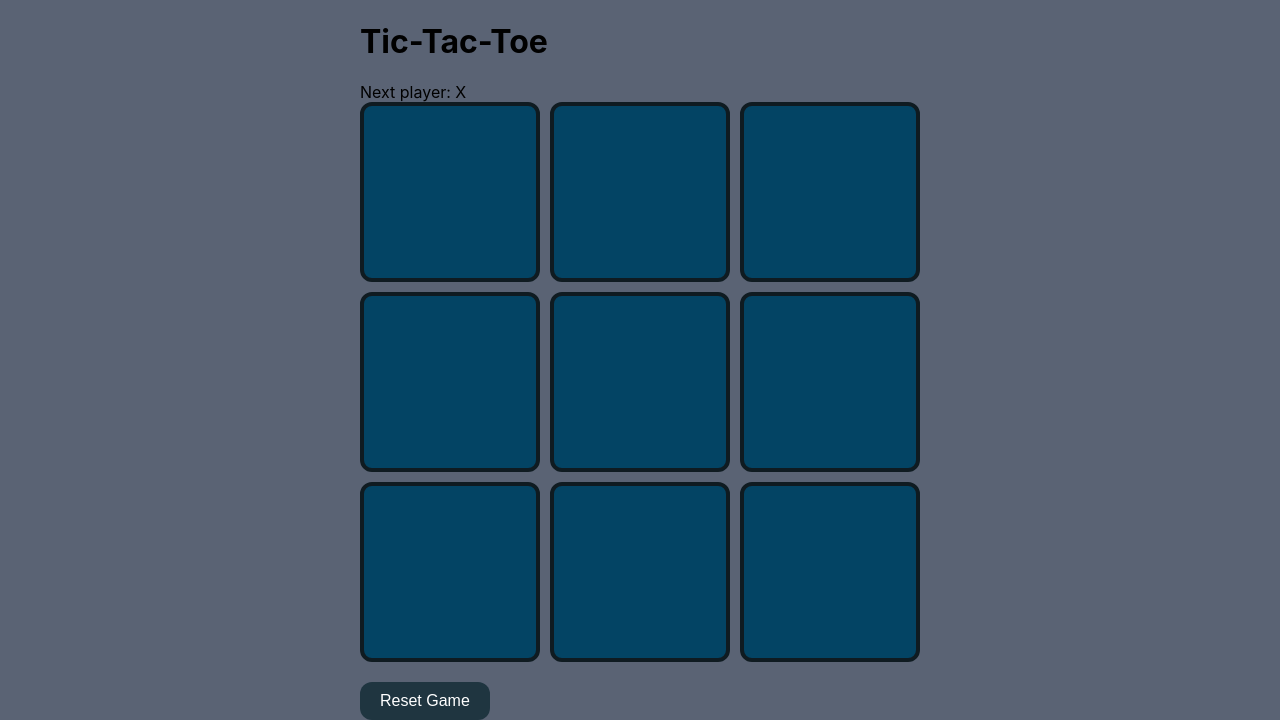
Repository: Monterro324/Tic-Tac
Page: / (app in tic-tac/)
These files come from the project's save history. The page is drawn as it stood at one moment and after a run of saves; the edit follows.
The browser window is 1280 px wide. The pictures show the whole page.
The project was rebuilt for these pictures with package versions that can differ from the ones it lists, and the page was loaded fresh each time.

Above is the page before, as saved 2024-05-04 22:11:10.

### tic-tac/src/App.js
import { useState } from 'react';
import './App.css';
import Square from './Components/Square'; //Importing Square.js from Components


//Did not modify
export default function Board() {
  const [xIsNext, setXIsNext] = useState(true);
  const [squares, setSquares] = useState(Array(9).fill(null));

  function handleClick(i) {
    if (calculateWinner(squares) || squares[i]) {
      return;
    }
    const nextSquares = squares.slice();
    if (xIsNext) {
      nextSquares[i] = 'X';
    } else {
      nextSquares[i] = 'O';
    }
    setSquares(nextSquares);
    setXIsNext(!xIsNext);
  }

  //Basic reset button after winner is declare
  function resetGame() {
    setSquares(Array(9).fill(null)); // Resets all squares
    setXIsNext(true); // Resets the turn to the first player
  }

  const winner = calculateWinner(squares);
  let status;
  if (winner) {
    status = 'Winner: ' + winner;
  } else {
    status = 'Next player: ' + (xIsNext ? 'X' : 'O');
  }

  return (
    <>
       <h1 className="game-title">Tic-Tac-Toe</h1> {/* Title for the game */}
      <div className="status">{status}</div>

      <div className="board">
        {squares.map((square, index) => (
          <Square key={index} value={square} onSquareClick={() => handleClick(index)} />
        ))}
      </div>
      <button className='reset-button' onClick={resetGame}>Reset Game</button>
    </>
  );
}

function calculateWinner(squares) {
  const lines = [
    [0, 1, 2],
    [3, 4, 5],
    [6, 7, 8],
    [0, 3, 6],
    [1, 4, 7],
    [2, 5, 8],
    [0, 4, 8],
    [2, 4, 6],
  ];
  for (let i = 0; i < lines.length; i++) {
    const [a, b, c] = lines[i];
    if (squares[a] && squares[a] === squares[b] && squares[a] === squares[c]) {
      return squares[a];
    }
  }
  return null;
}

### tic-tac/src/App.css
body, html {
  height: 100%;
  margin: 0;
  display: flex;
  flex-direction: column;
  justify-content: center;
  align-items: center;
  background-color: rgb(90, 99, 116);
}

.board {
  display: grid;
  grid-template-columns: repeat(3, 180px);
  grid-gap: 10px;
  justify-content: center;
}

.square {
  display: flex;
  align-items: center;
  justify-content: center;
  height: 180px;
  width: 180px;
  background: #034464;
  border: 4px solid #0f1b21;
  border-radius: 12px;
  cursor: pointer;
}

.reset-button {
  padding: 15px 30px;
  font-size: 18px;
  color: white;
  margin-top: 20px;
  padding: 10px 20px;
  font-size: 16px;
  color: white;
  background-color: #1f3540;
  border: none;
  border-radius: 12px;
  cursor: pointer;
  outline: none;
}

.game

### tic-tac/src/Components/Square.js
import React from 'react';
import xImage from '../Components/Assets/mark-x.png';  // Update path to where your images are stored
import oImage from '../Components/Assets/mark-o.png';  // Update path to where your images are stored
//Put the iamges in Componets under "Assets" to use for the OnClick when the player selects the square the choose to pick

function Square({ value, onSquareClick }) {
  const getImageUrl = (value) => {

    if (value === 'X') return xImage;   //Player X
    if (value === 'O') return oImage;   //Player O
    return null;
  };

  return (
    <button className="square" onClick={onSquareClick}>
      {value && <img src={getImageUrl(value)} alt={value} style={{ maxWidth: '100%', maxHeight: '100%' }} />}
    </button>
  );
}

export default Square

Loaded but not shown: tic-tac/public/index.html (common file); tic-tac/src/index.js (common file); tic-tac/src/index.css (common file); tic-tac/src/reportWebVitals.js (common file)

After the next 2 saves:
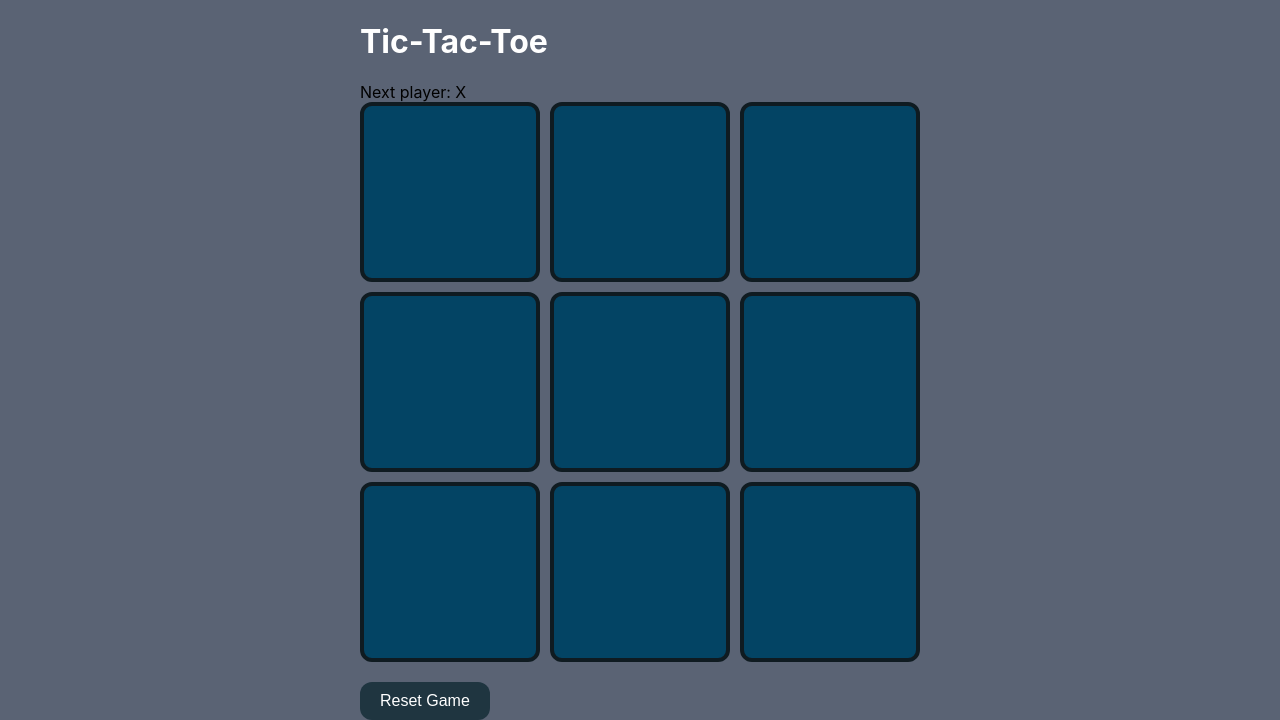
The 2 saves are shown as one change because they came seconds apart.
The last was saved 10 s later.
--- a/tic-tac/src/App.css
+++ b/tic-tac/src/App.css
@@ -42,4 +42,9 @@ body, html {
   outline: none;
 }
 
-.game
+.game-title {
+  color: #ffffff;
+  font-size: 32px; // Large size for visibility
+  margin: 20px 0; // Adds space around the title
+  text-align: center; // Ensures the title is centered
+}
